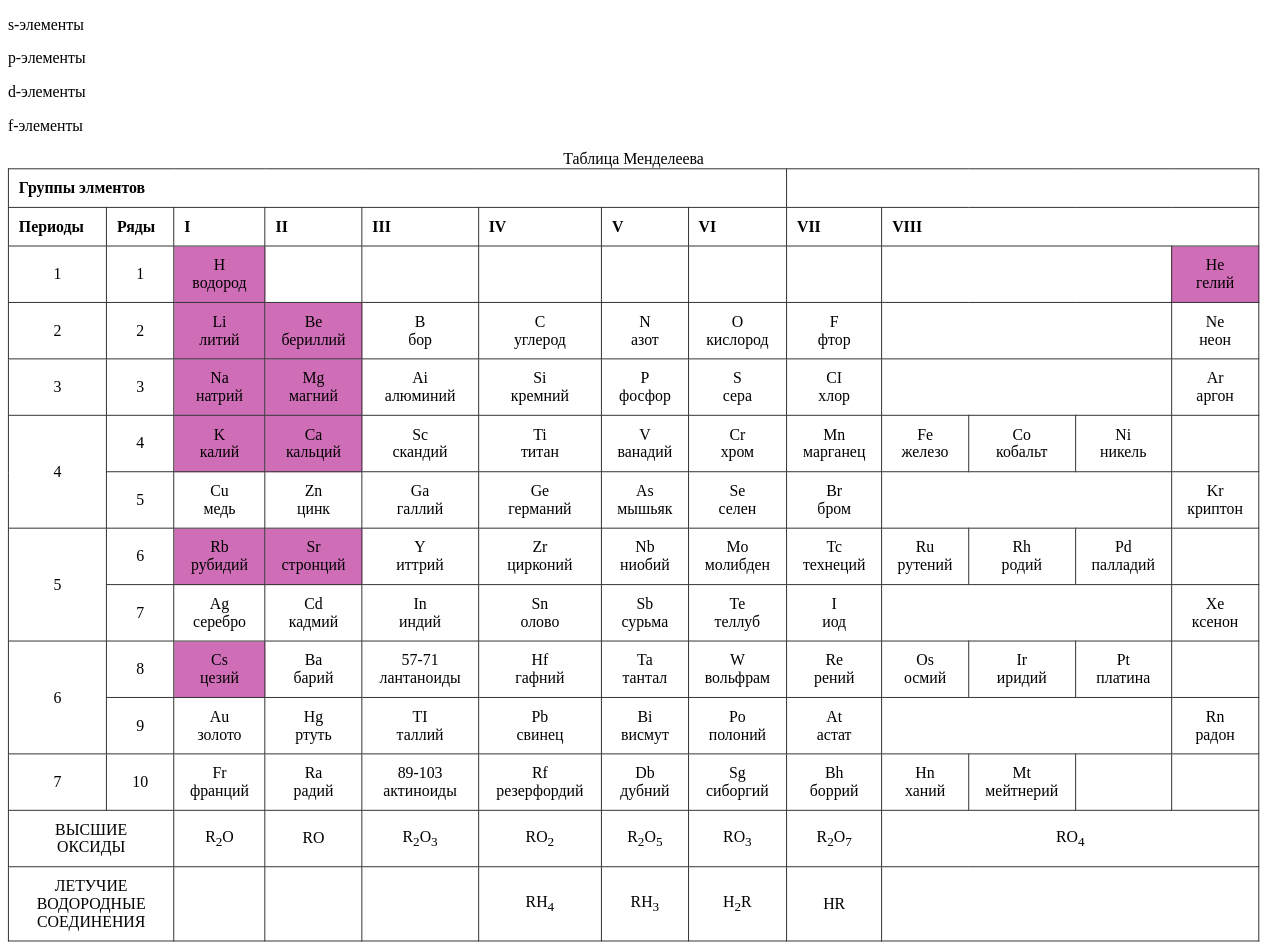
Repository: sannikovcode/exercises-a1
Page: JS/websites/01-periodic table/index.html
An editor plug-in stored every save of this project. The page is shown before and after the next save, followed by the edit.
The browser window is 1280 px wide. The pictures show the whole page, at 99% of full size.

Above is the page before, as saved 2025-10-18 14:55:27.

### JS/websites/01-periodic table/index.html
<!DOCTYPE html>
<html lang="en">

<head>
    <meta charset="UTF-8">
    <meta name="viewport" content="width=device-width, initial-scale=1.0">
    <title>Periodic table</title>
    <link rel="stylesheet" href="styles.css">
</head>

<body>
    <table>
        <caption>Таблица Менделеева</caption>
        <thead>
            <tr>
                <th colspan="8">Группы элментов</th>
            </tr>
        </thead>

        <tbody>
            <tr>
                <th scope="col">Периоды</th>
                <th scope="col">Ряды</th>
                <th scope="col">I</th>
                <th scope="col">II</th>
                <th scope="col">III</th>
                <th scope="col">IV</th>
                <th scope="col">V</th>
                <th scope="col">VI</th>
                <th scope="col">VII</th>
                <th scope="col" colspan="4">VIII</th>
            </tr>
            <tr>
                <td scope="row">1</td>
                <td>1</td>
                <td id="s">H<br>водород</td>
                <td></td>
                <td></td>
                <td></td>
                <td></td>
                <td></td>
                <td></td>
                <td colspan="3"></td>
                <td id="s">He<br>гелий</td>

            </tr>
            <tr>
                <td scope="row">2</td>
                <td>2</td>
                <td id="s">Li<br>литий</td>
                <td id="s">Be<br>бериллий</td>
                <td>B<br>бор</td>
                <td>C<br>углерод</td>
                <td>N<br>азот</td>
                <td>O<br>кислород</td>
                <td>F<br>фтор</td>
                <td colspan="3"></td>
                <td>Ne<br>неон</td>
            </tr>
            <tr>
                <td scope="row">3</td>
                <td>3</td>
                <td id="s">Na<br>натрий</td>
                <td id="s">Mg<br>магний</td>
                <td>Ai<br>алюминий</td>
                <td>Si<br>кремний</td>
                <td>P<br>фосфор</td>
                <td>S<br>сера</td>
                <td>CI<br>хлор</td>
                <td colspan="3"></td>
                <td>Ar<br>аргон</td>

            </tr>
            <tr>
                <td scope="row" rowspan="2">4</td>
                <td>4</td>
                <td id="s">K<br>калий</td>
                <td id="s">Ca<br>кальций</td>
                <td>Sc<br>скандий</td>
                <td>Ti<br>титан</td>
                <td>V<br>ванадий</td>
                <td>Cr<br>хром</td>
                <td>Mn<br>марганец</td>
                <td>Fe<br>железо</td>
                <td>Co<br>кобальт</td>
                <td>Ni<br>никель</td>
                <td></td>
            </tr>
            <tr>
                <td>5</td>
                <td>Cu<br>медь</td>
                <td>Zn<br>цинк</td>
                <td>Ga<br>галлий</td>
                <td>Ge<br>германий</td>
                <td>As<br>мышьяк</td>
                <td>Se<br>селен</td>
                <td>Br<br>бром</td>
                <td colspan="3"></td>
                <td>Kr<br>криптон</td>
            <tr>
                <td scope="row" rowspan="2">5</td>
                <td>6</td>
                <td id="s">Rb<br>рубидий</td>
                <td id="s">Sr<br>стронций</td>
                <td>Y<br>иттрий</td>
                <td>Zr<br>цирконий</td>
                <td>Nb<br>ниобий</td>
                <td>Mo<br>молибден</td>
                <td>Tc<br>технеций</td>
                <td>Ru<br>рутений</td>
                <td>Rh<br>родий</td>
                <td>Pd<br>палладий</td>
                <td></td>
            </tr>
            <tr>
                <td>7</td>
                <td>Ag<br>серебро</td>
                <td>Cd<br>кадмий</td>
                <td>In<br>индий</td>
                <td>Sn<br>олово</td>
                <td>Sb<br>сурьма</td>
                <td>Te<br>теллуб</td>
                <td>I<br>иод</td>
                <td colspan="3"></td>
                <td>Xe<br>ксенон</td>
            </tr>
            <tr>
                <td scope="row" rowspan="2">6</td>
                <td>8</td>
                <td id="s">Cs<br>цезий</td>
                <td>Ba<br>барий</td>
                <td>57-71<br>лантаноиды</td>
                <td>Hf<br>гафний</td>
                <td>Ta<br>тантал</td>
                <td>W<br>вольфрам</td>
                <td>Re<br>рений</td>
                <td>Os<br>осмий</td>
                <td>Ir<br>иридий</td>
                <td>Pt<br>платина</td>
                <td></td>
            </tr>
            <tr>
                <td>9</td>
                <td>Au<br>золото</td>
                <td>Hg<br>ртуть</td>
                <td>TI<br>таллий</td>
                <td>Pb<br>свинец</td>
                <td>Bi<br>висмут</td>
                <td>Po<br>полоний</td>
                <td>At<br>астат</td>
                <td colspan="3"></td>
                <td>Rn<br>радон</td>
            </tr>
            <tr>
                <td scope="row">7</td>
                <td>10<br></td>
                <td>Fr<br>франций</td>
                <td>Ra<br>радий</td>
                <td>89-103<br>актиноиды</td>
                <td>Rf<br>резерфордий</td>
                <td>Db<br>дубний</td>
                <td>Sg<br>сиборгий</td>
                <td>Bh<br>боррий</td>
                <td>Hn<br>ханий</td>
                <td>Mt<br>мейтнерий</td>
                <td></td>
                <td></td>
            </tr>
            <tr>
                <td colspan="2">ВЫСШИЕ <br>ОКСИДЫ</td>
                <td>R<sub>2</sub>O</td>
                <td>RO</td>
                <td>R<sub>2</sub>O<sub>3</sub></td>
                <td>RO<sub>2</sub></td>
                <td>R<sub>2</sub>O<sub>5</sub></td>
                <td>RO<sub>3</sub></td>
                <td>R<sub>2</sub>O<sub>7</sub></td>
                <td colspan="4">RO<sub>4</sub></td>

            </tr>
            <tr>
                <td colspan="2">ЛЕТУЧИЕ <br>ВОДОРОДНЫЕ <br> СОЕДИНЕНИЯ</td>
                <td></td>
                <td></td>
                <td></td>
                <td>RH<sub>4</sub></td>
                <td>RH<sub>3</sub></td>
                <td>H<sub>2</sub>R</td>
                <td>HR</td>
                <td colspan="4"></td>
            </tr>
        </tbody>
        <tfoot>
            <p>s-элементы</p>
            <p>p-элементы</p>
            <p>d-элементы</p>
            <p>f-элементы</p>

        </tfoot>

    </table>




</body>

</html>

### JS/websites/01-periodic table/styles.css
/* 1 */
table {
  border-collapse: collapse;
  width: 100%;
}

table, th, td {
  border: 1px solid #333;
}

th, td {
  padding: 10px;
  text-align: left;
}

/*2*/
td {
  text-align: center; /* горизонтальное центрирование */
  vertical-align: middle; /* вертикальное центрирование */
}

/* элементы */

#s {
  background-color: rgb(207, 109, 183);
}
#p {
  background-color: lightblue;
}
#d {
  background-color: lightblue;
}
#f {
  background-color: lightblue;
}

After the next save:
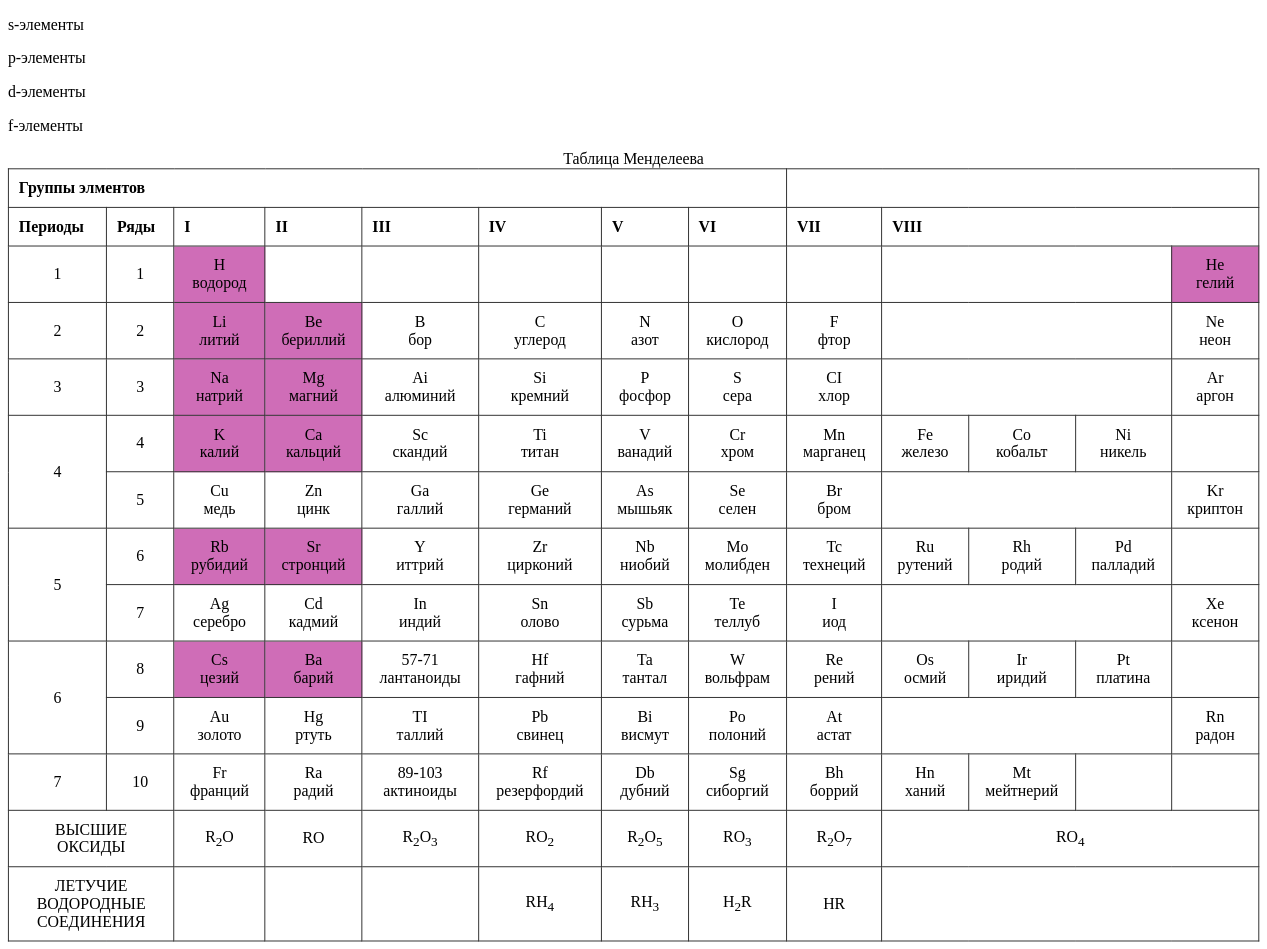
Saved 5 s later.
--- a/JS/websites/01-periodic table/index.html
+++ b/JS/websites/01-periodic table/index.html
@@ -128,7 +128,7 @@
                 <td scope="row" rowspan="2">6</td>
                 <td>8</td>
                 <td id="s">Cs<br>цезий</td>
-                <td>Ba<br>барий</td>
+                <td id="s">Ba<br>барий</td>
                 <td>57-71<br>лантаноиды</td>
                 <td>Hf<br>гафний</td>
                 <td>Ta<br>тантал</td>
